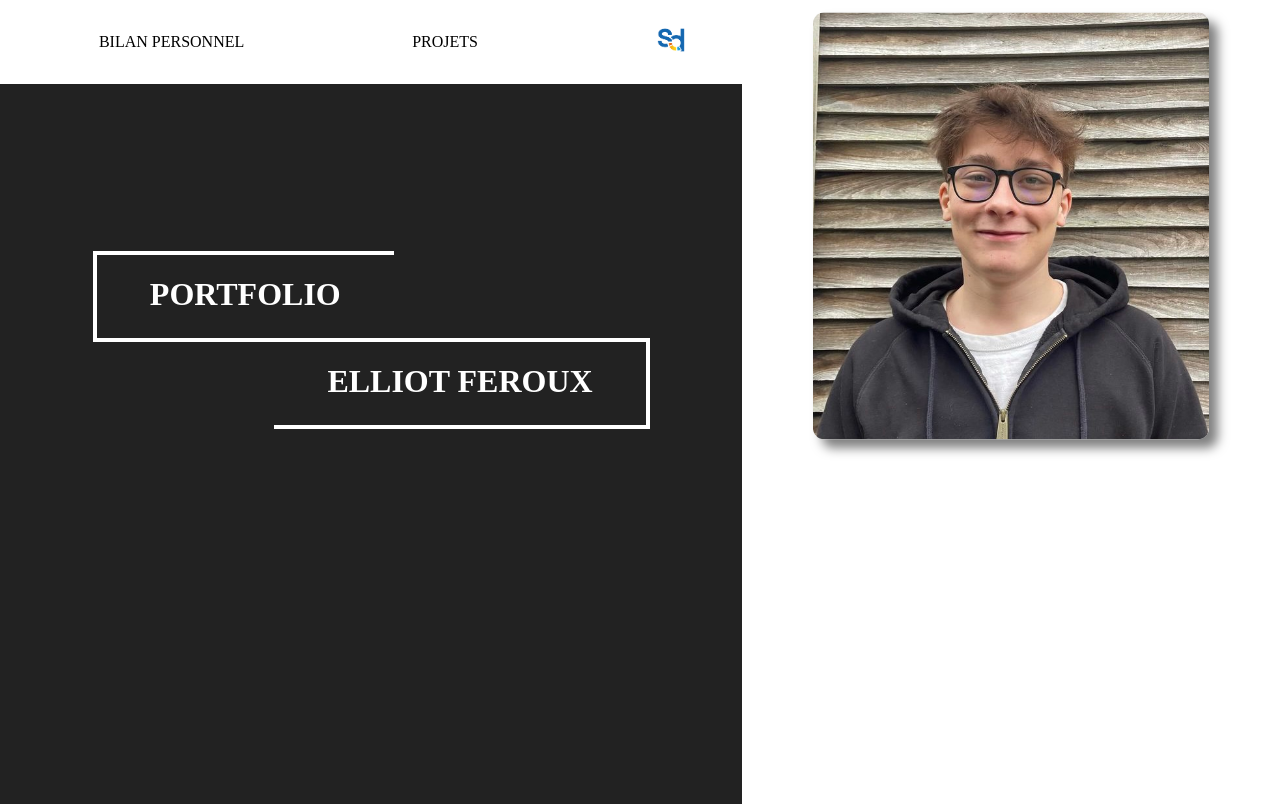
Repository: elliotfx/elliotfx.github.io
Page: html/main.html
These files come from the project's save history. The page is drawn as it stood at one moment and after the next save; the edit follows.
The browser window is 1280 px wide. The pictures show the whole page.
The pointer rests on the first visible `.contenu`.

Above is the page before, as saved 2025-03-18 20:44:24.

After the next save:
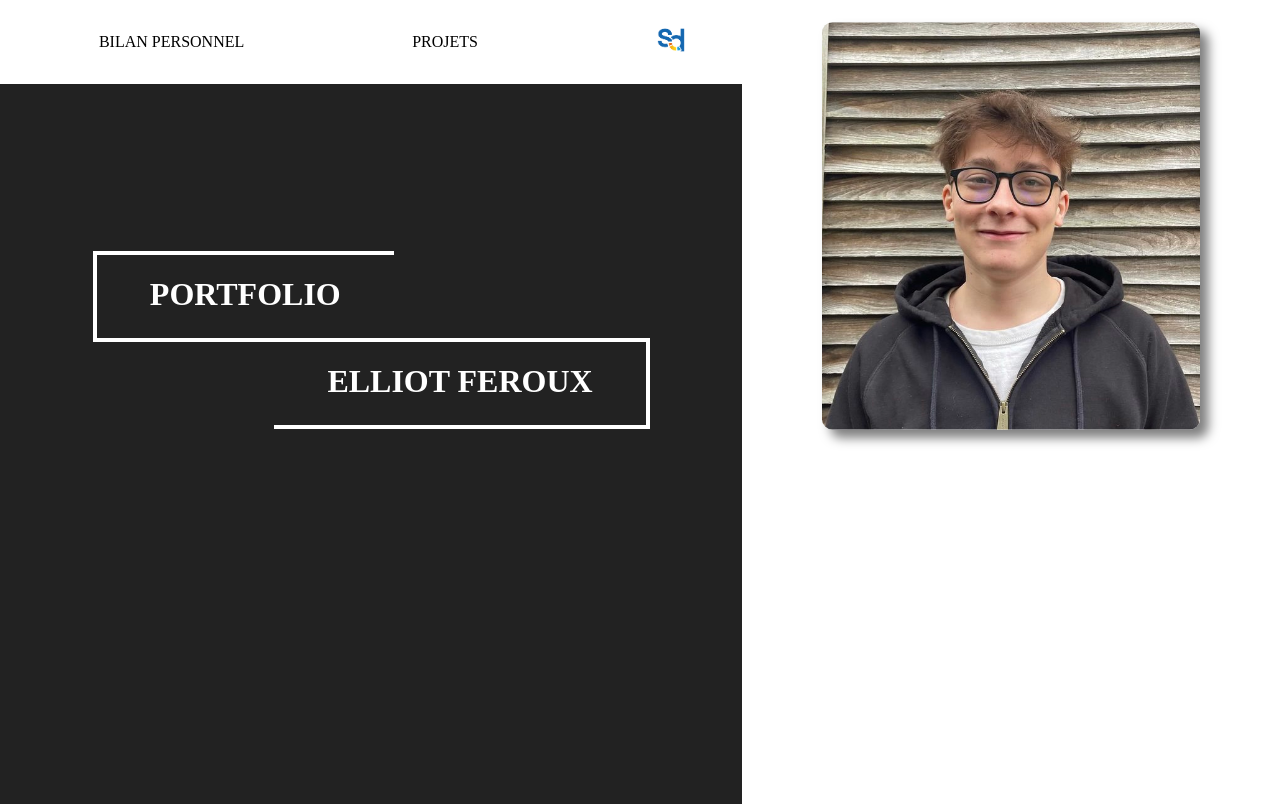
Saved 7 s later.
--- a/css/style.css
+++ b/css/style.css
@@ -78,7 +78,7 @@ body, html {
 }
 
 .contenu:hover {
-    transform: translate(-50%, -50%) scale(1.10);
+    transform: translate(-50%, -50%) scale(1.05);
 }
 
 .containerphoto2 {
